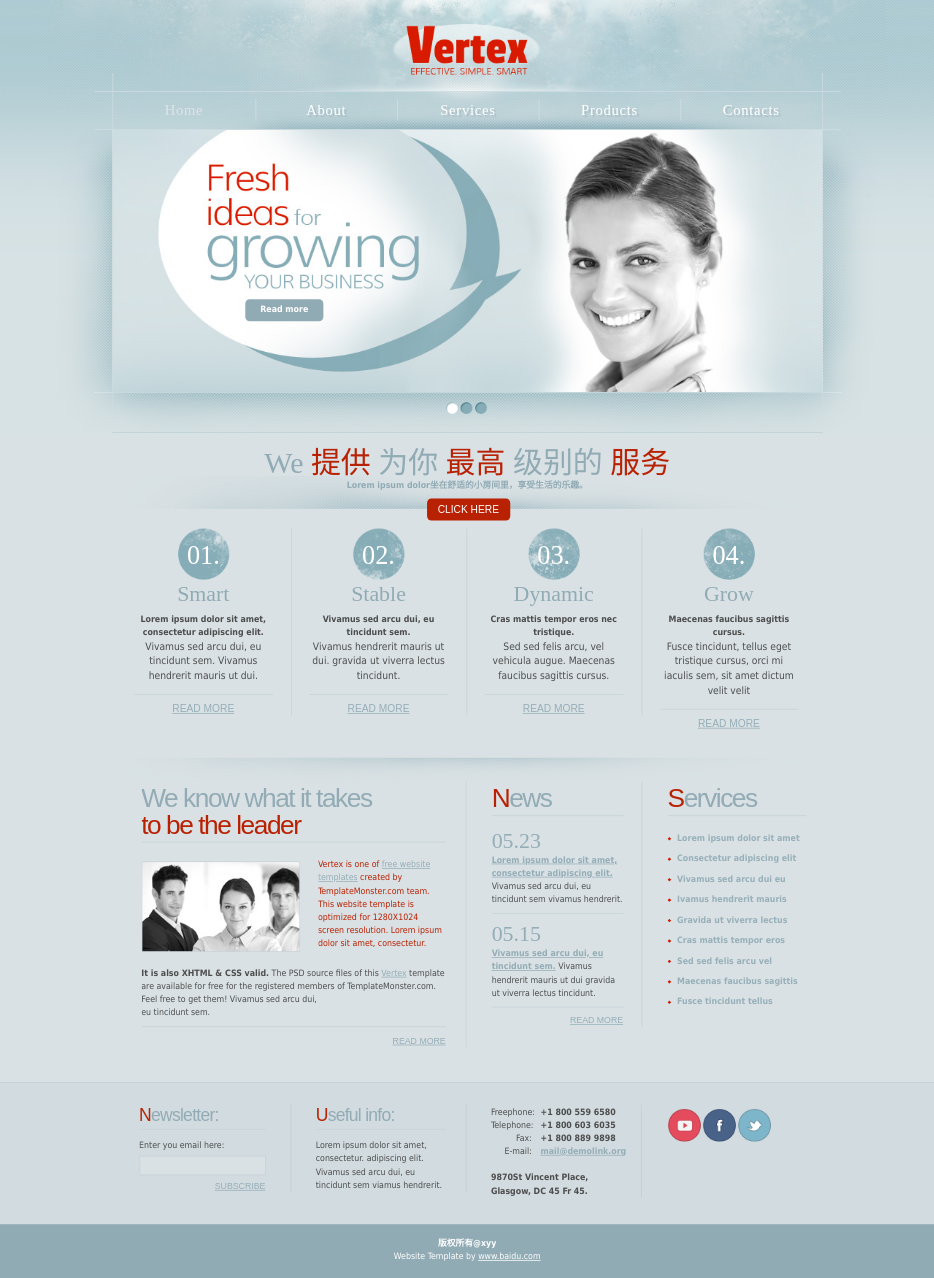
Repository: xyy555/train
Page: qiyezhan/index.html
An editor plug-in stored every save of this project. The page is shown before and after the next save, followed by the edit.
The browser window is 1280 px wide. The pictures show the whole page, at 73% of full size.
Some web fonts or font styles are not loaded; a fallback is used.

Above is the page before, as saved 2020-07-16 09:00:35.

After the next save:
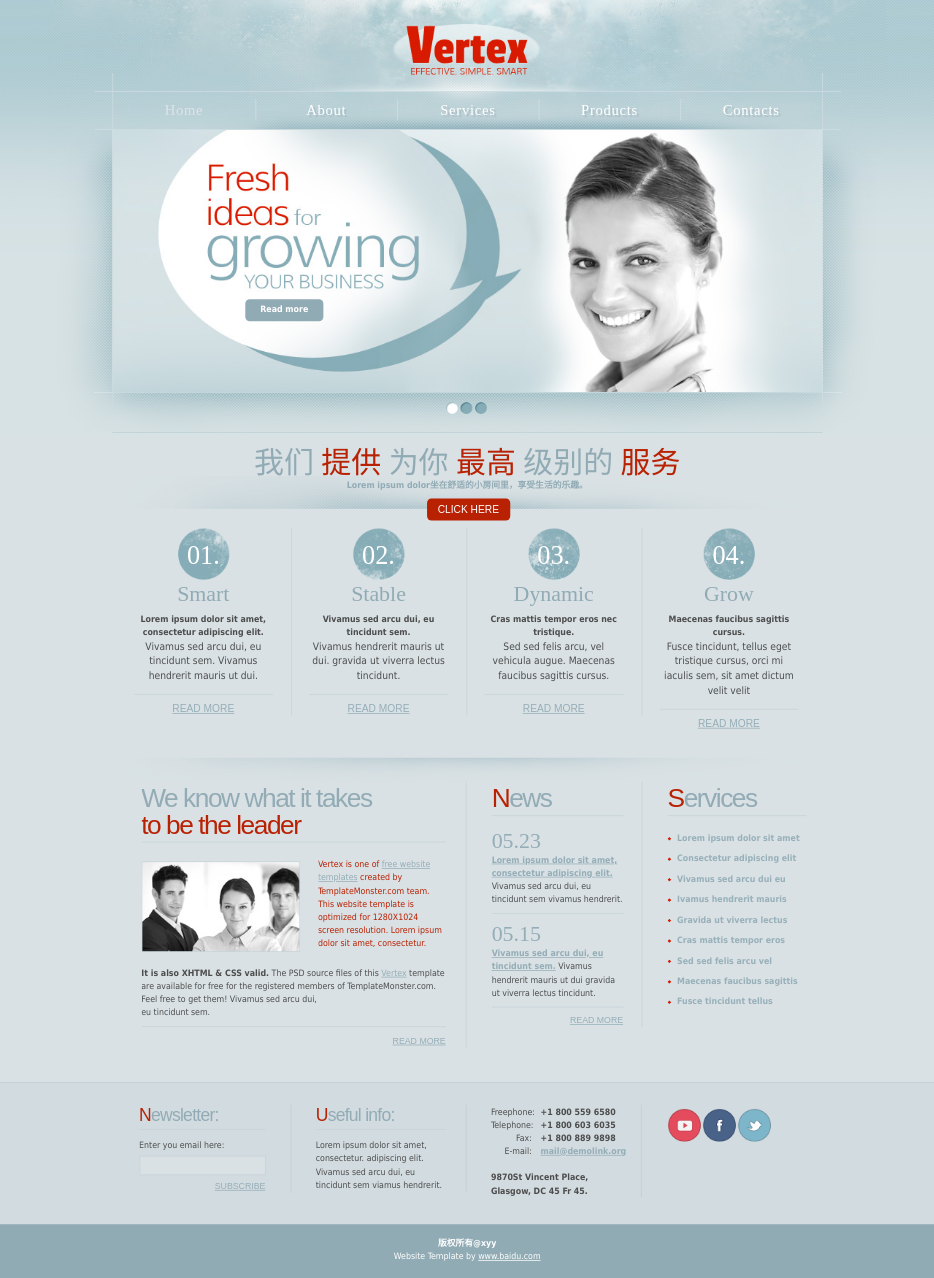
Saved 86 s later.
--- a/qiyezhan/index.html
+++ b/qiyezhan/index.html
@@ -65,7 +65,7 @@
   <!--==============================content================================-->
     <section id="content"><div class="ic">More Website Templates @ TemplateMonster.com. </div>
         <div class="slogan">
-        	<p>We <span class="clr-1">提供</span> 为你 <span class="clr-1">最高</span>  级别的 <span class="clr-1">服务</span></p>
+        	<p>我们 <span class="clr-1">提供</span> 为你 <span class="clr-1">最高</span>  级别的 <span class="clr-1">服务</span></p>
             <p>Lorem ipsum dolor坐在舒适的小房间里，享受生活的乐趣。</p>
             <a href="#" class="button-2">click here</a>
         </div>
